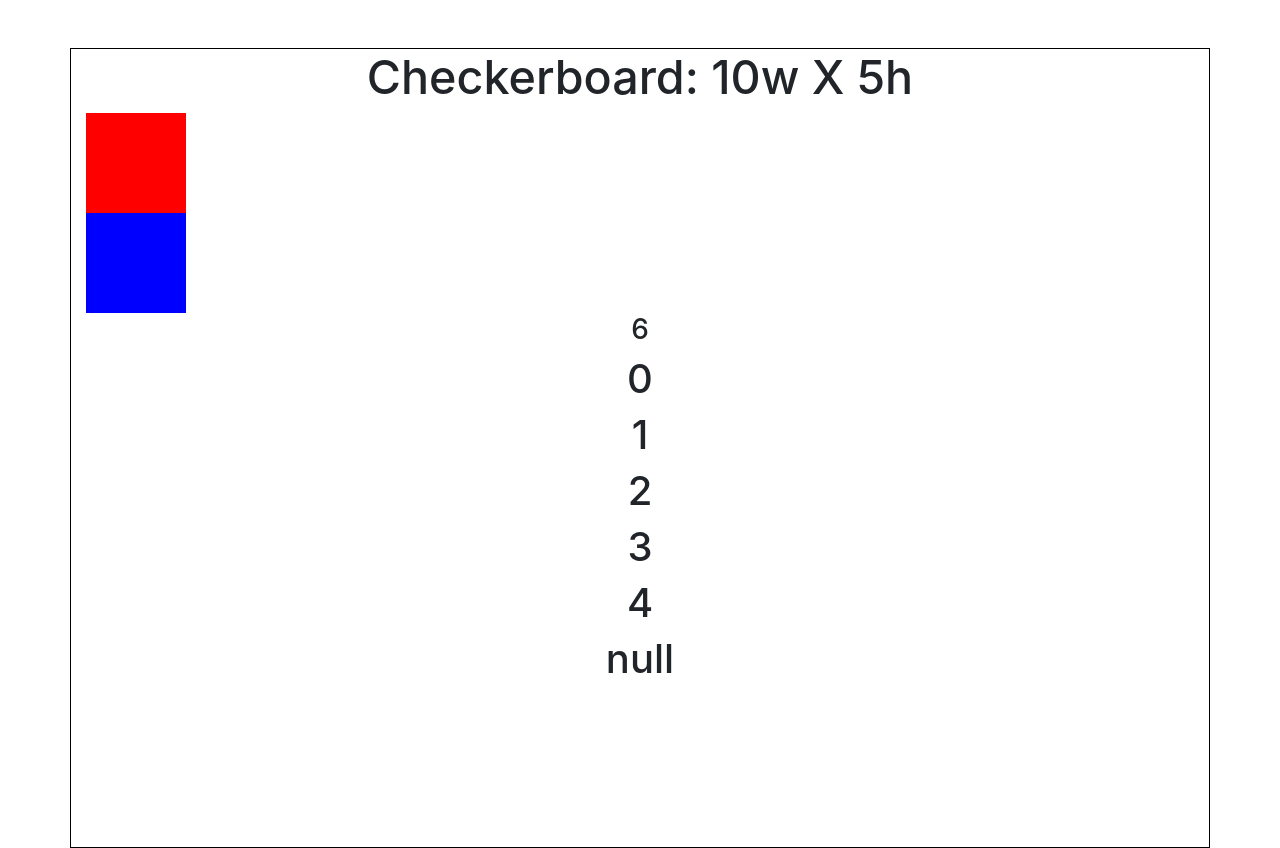
Repository: ACow3/java
Page: http://localhost/Checkerboard/checkerboard.jsp
These files come from the project's save history. The page is drawn as it stood at one moment and after the next save; the edit follows.
The browser window is 1280 px wide. The pictures show the whole page.
The page is served by Tomcat 9.

Above is the page before, as saved 2019-08-09 00:59:42.

### javaOOP/Checkerboard/WebContent/checkerboard.jsp
<%@ page language="java" contentType="text/html; charset=UTF-8"
    pageEncoding="UTF-8"%>
<!DOCTYPE html>
<html>
<head>
<meta charset="UTF-8">
<link rel="stylesheet" href="https://stackpath.bootstrapcdn.com/bootstrap/4.3.1/css/bootstrap.min.css" integrity="sha384-ggOyR0iXCbMQv3Xipma34MD+dH/1fQ784/j6cY/iJTQUOhcWr7x9JvoRxT2MZw1T" crossorigin="anonymous">
<title>Checkerboard</title>
<style>
	.container{
		text-align: center;
		width: 1200px;
		height: 800px;
		border: 1px solid black;
	}

	.cb_title{
		font-size: 35pt;
		text-align: center;
	}

	.red_box{
		width: 100px;
		height: 100px;
		background-color: red;

	}
	.blue_box{
		width: 100px;
		height: 100px;
		background-color: blue;

	}
</style>
</head>
<body>

	<div class="mastercontainer">
		<div class="container mt-5">
		<h1 class="cb_title">Checkerboard: 10w X 5h</h1>

			<div class="red_box"></div>
			<div class="blue_box"></div>


			<%!
	public int add(int a, int b) {
		return a + b;
	}
	%>

	<%
	int i = 2;
	int j = 4;
	%>

	<h3><%= add(i, j) %></h3>
	<% for(int index = 0; index < 5; index++) { %>
		<h1><%= index %></h1>
	<% } %>

	<!-- getting the value for the name parameter -->
    <% String req = request.getParameter("name"); %>
    <!-- displaying the value -->
    <h1><%= req %></h1>


		</div>

	</div>

</body>
</html>

After the next save:
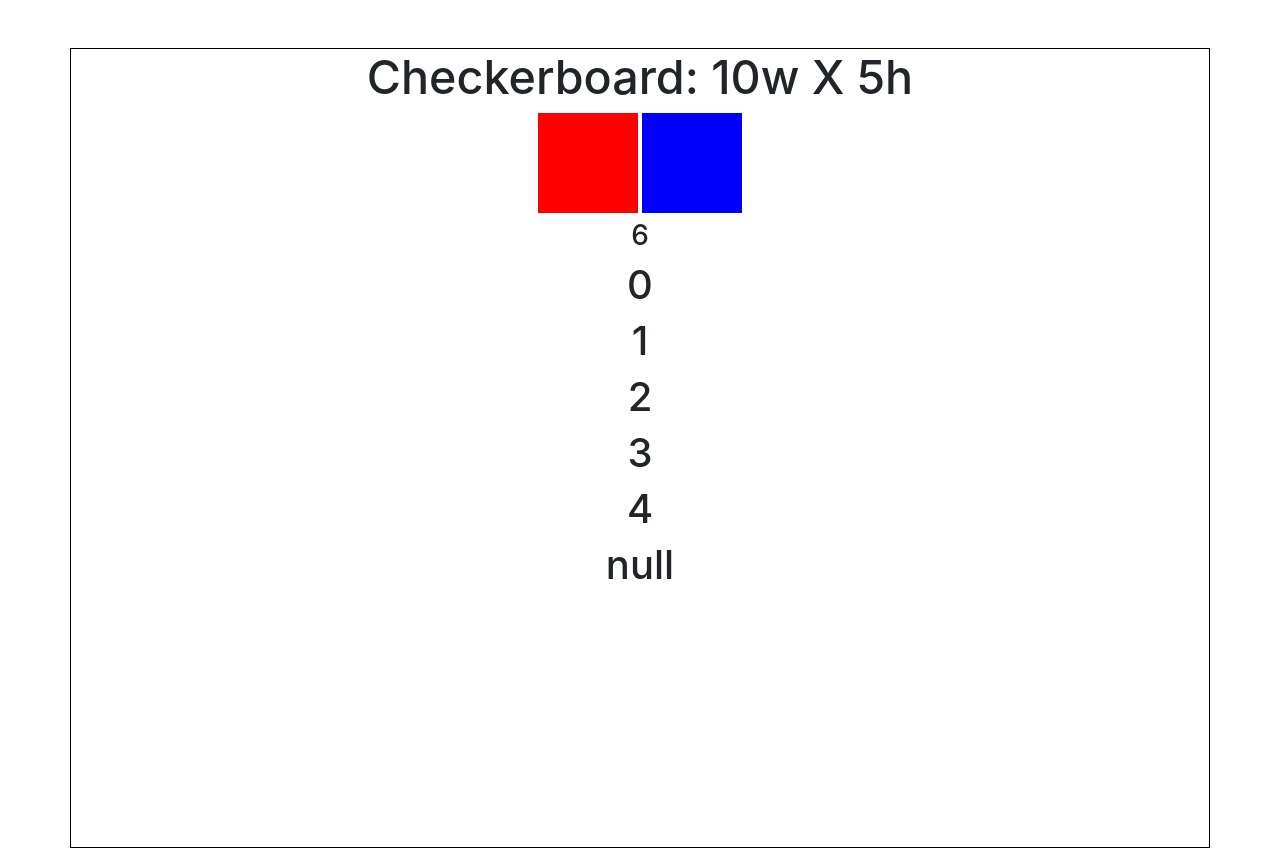
Saved 25 s later.
--- a/javaOOP/Checkerboard/WebContent/checkerboard.jsp
+++ b/javaOOP/Checkerboard/WebContent/checkerboard.jsp
@@ -23,12 +23,14 @@
 		width: 100px;
 		height: 100px;
 		background-color: red;
+		display: inline-block;
 
 	}
 	.blue_box{
 		width: 100px;
 		height: 100px;
 		background-color: blue;
+		display: inline-block;
 
 	}
 </style>
